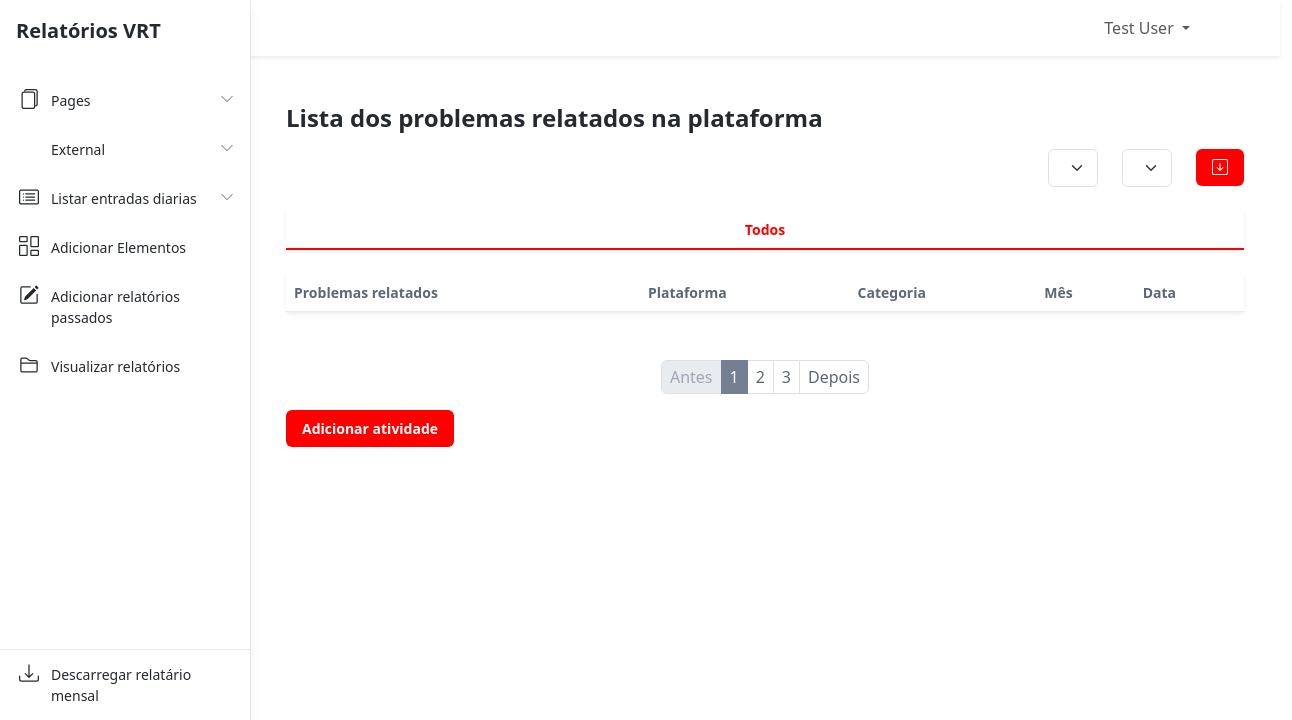
Repository: Yolanda-Marchone/Relatorios
Page: http://localhost/home
These files come from the project's save history. The page is drawn as it stood at one moment and after the next save; the edit follows.
The browser window is 1280 px wide. The page is 1292 px wide, so the pictures cover 1292 px, including what lies to the right of the window. The pictures show the whole page.
The page is served by the project's Laravel application, run on PHP 8.4 with Laravel 10. A made-up administrator, Test User (test@example.com), is signed in. Other server files are loaded and not shown. Style sheets and scripts are compiled from the project's sources, by tool versions that may differ from the author's. Queries for data that is not in the repository find no rows.

Above is the page before, as saved 2024-05-23 10:49:49.
Console error: TypeError: Cannot read properties of null (reading 'addEventListener')

### routes/web.php
<?php

use App\Models\Categorias;
use App\Models\Mes;
use App\Models\Rela_plataforma;
use App\Models\Relatorio_mensal;
use App\Models\User;
use Barryvdh\DomPDF\Facade\Pdf;
use GuzzleHttp\Psr7\Request;
use Illuminate\Support\Facades\Route;
use Dompdf\Dompdf;
use Dompdf\Options;

/*
|--------------------------------------------------------------------------
| Web Routes
|--------------------------------------------------------------------------
|
| Here is where you can register web routes for your application. These
| routes are loaded by the RouteServiceProvider and all of them will
| be assigned to the "web" middleware group. Make something great!
|
*/

Route::get('/', function () {
    return view('welcome');
});




Auth::routes();

Route::get('/home', [App\Http\Controllers\PlataformaController::class, 'exibir_dados_plataforma'])->name('layouts/plataforma')->middleware('auth');

Route::get('/lista_plataforma', [App\Http\Controllers\PlataformaController::class, 'exibir_dados_plataforma'])->name('layouts/plataforma')->middleware('auth');

Route::get('/lista_atividades', [App\Http\Controllers\AtividadesController::class, 'exibir_dados_atividade'])->name('layouts/atividade')->middleware('auth');

Route::get('/atividades', [App\Http\Controllers\AtividadesController::class, 'exibir_dados'])->name('layouts/cadastraratividade')->middleware('auth');

Route::get('/plataforma', [App\Http\Controllers\PlataformaController::class, 'exibir_dados'])->name('layouts/cadastrarplataforma')->middleware('auth');

Route::post('/submeter_plataformas', [App\Http\Controllers\PlataformaController::class, 'criar_relatorio_plataforma'])->name('layouts/plataforma');

Route::post('/submeter_atividades', [\App\Http\Controllers\AtividadesController::class, 'criar_relatorio_atividade'])->name('layouts/atividades');

Route::get('/gerarpdf', [\App\Http\Controllers\AtividadesController::class, 'download']);

Route::get('/selecionarmes', [\App\Http\Controllers\AtividadesController::class, 'selectmes'])->name('layouts/pdfatividades');

Route::get('/testeview', [App\Http\Controllers\AtividadesController::class, 'teste'])->name('layouts/relatorio_PDF')->middleware('auth');

Route::get('/pdf', [App\Http\Controllers\PlataformaController::class, 'pdf']);

Route::get('/adicionar', [App\Http\Controllers\PlataformaController::class, 'adicionar_elementos'])->name('layouts/adicionar_elementos')->middleware('auth');

Route::post('/submeter_categoria', [App\Http\Controllers\PlataformaController::class, 'criar_categoria'])->name('layouts/plataforma');

Route::post('/submeter_plataforma', [App\Http\Controllers\PlataformaController::class, 'criar_plataforma'])->name('layouts/plataforma');

Route::post('/submeter_estado', [\App\Http\Controllers\AtividadesController::class, 'criar_estado'])->name('layouts/atividades');

Route::post('/submeter_solicitante', [\App\Http\Controllers\AtividadesController::class, 'criar_solicitante'])->name('layouts/atividades');

Route::get('/editar_atividades/{id}', [\App\Http\Controllers\AtividadesController::class, 'editarAtividade'])->name('layouts/editaratividades');

Route::put('/salvar_atividades/{id}', [\App\Http\Controllers\AtividadesController::class, 'editar_atividade'])->name('layouts/atividades');

Route::delete('/apagar_atividades/{id}', [\App\Http\Controllers\AtividadesController::class, 'excluir_atividade'])->name('layouts/atividades');

Route::get('/editar_plataforma/{id}', [\App\Http\Controllers\PlataformaController::class, 'editarPlataforma'])->name('layouts/editarplataforma');

Route::put('/salvar_plataforma/{id}', [\App\Http\Controllers\PlataformaController::class, 'editar_plataforma'])->name('layouts/plataforma');

Route::delete('/apagar_plataforma/{id}', [\App\Http\Controllers\PlataformaController::class, 'excluir_plataforma'])->name('layouts/plataforma');


Route:: get ('/3', function(){
$pdf= Pdf::loadView('layouts\teste');
return $pdf->download('teste.pdf');

});




Route::get('/gerar-pdf', function () {
    // Cria uma instância do Dompdf com opções padrão
    $dompdf= new Dompdf ();


    // Renderiza a view em HTML
    $html = view('layouts\teste')->render();

    // Carrega o HTML no Dompdf
    $dompdf->loadHtml($html);

    // Define o tamanho do papel e a orientação
    $dompdf->setPaper('A4', 'portrait');

    // Renderiza o PDF
    $dompdf->render();

    // Saída do PDF
    return $dompdf->stream('relatorio.pdf');
});

### app/Models/User.php
<?php

namespace App\Models;

// use Illuminate\Contracts\Auth\MustVerifyEmail;
use Illuminate\Database\Eloquent\Factories\HasFactory;
use Illuminate\Foundation\Auth\User as Authenticatable;
use Illuminate\Notifications\Notifiable;
use Laravel\Sanctum\HasApiTokens;

class User extends Authenticatable
{
    use HasApiTokens, HasFactory, Notifiable;

    /**
     * The attributes that are mass assignable.
     *
     * @var array<int, string>
     */
    protected $fillable = [
        'name',
        'email',
        'password',
    ];

    /**
     * The attributes that should be hidden for serialization.
     *
     * @var array<int, string>
     */
    protected $hidden = [
        'password',
        'remember_token',
    ];

    /**
     * The attributes that should be cast.
     *
     * @var array<string, string>
     */
    protected $casts = [
        'email_verified_at' => 'datetime',
        'password' => 'hashed',
    ];



    public function relatorio_mensal()
    {
        return $this->hasMany(Relatorio_mensal::class);

    }


}

### app/Models/Relatorio_mensal.php
<?php

namespace App\Models;

use Illuminate\Database\Eloquent\Factories\HasFactory;
use Illuminate\Database\Eloquent\Model;

class Relatorio_mensal extends Model
{
    use HasFactory;
    protected $table = 'relatorio_mensal';
    protected $fillable = ['id', 'ano', 'id_mes', 'id_plataforma', 'id_usuario', 'id_categoria', 'descricao','disponibilidade'];


    public function meses()
{
    return $this->belongsTo(Mes::class, 'id_mes');
}

public function plataformas()
{
    return $this->belongsTo(Plataformas::class, 'id_plataforma');
}
public function categorias()
{
    return $this->belongsTo(Categorias::class, 'id_categoria');
}

public function usuarios()
{
    return $this->belongsTo(User::class, 'id_usuario');
}

}

### resources/views/layouts/app.blade.php
<!doctype html>
<html lang="{{ str_replace('_', '-', app()->getLocale()) }}">
<head>
    <meta charset="utf-8">
    <meta name="viewport" content="width=device-width, initial-scale=1">

    <!-- CSRF Token -->
    <meta name="csrf-token" content="{{ csrf_token() }}">

    <title>Relatórios</title>

    <!-- Fonts -->
    <link rel="dns-prefetch" href="//fonts.bunny.net">
    <script defer src="resources/js/all.min.js"></script>
    <link id="theme-style" rel="stylesheet" href="resources/css/ap.css">

    <!-- Scripts -->
@vite(['resources/css/ap.css', 'resources/js/app.js'])

</head>
<body>
    <div id="app">

        <nav class="navbar navbar-expand-md navbar-light bg-white shadow-sm">
            <div class="container">
                <a class="navbar-brand" href="{{ url('/') }}">

                </a>
                <button class="navbar-toggler" type="button" data-bs-toggle="collapse" data-bs-target="#navbarSupportedContent" aria-controls="navbarSupportedContent" aria-expanded="false" aria-label="{{ __('Toggle navigation') }}">
                    <span class="navbar-toggler-icon"></span>
                </button>

                <div class="collapse navbar-collapse" id="navbarSupportedContent">
                    <!-- Left Side Of Navbar -->
                    <ul class="navbar-nav me-auto">

                    </ul>

                    <!-- Right Side Of Navbar -->
                    <ul class="navbar-nav ms-auto">
                        <!-- Authentication Links -->
                        @guest
                            @if (Route::has('login'))
                                <li class="nav-item">
                                    <a class="nav-link" href="{{ route('login') }}">{{ __('Entrar') }}</a>
                                </li>
                            @endif

                            @if (Route::has('register'))
                                <li class="nav-item">
                                    <a class="nav-link" href="{{ route('register') }}">{{ __('Cadastrar') }}</a>
                                </li>
                            @endif
                        @else
                            <li class="nav-item dropdown">
                                <a id="navbarDropdown" class="nav-link dropdown-toggle" href="#" role="button" data-bs-toggle="dropdown" aria-haspopup="true" aria-expanded="false" v-pre>
                                    {{ Auth::user()->name }}
                                </a>

                                <div class="dropdown-menu dropdown-menu-end" aria-labelledby="navbarDropdown">
                                    <a class="dropdown-item" href="{{ route('logout') }}"
                                       onclick="event.preventDefault();
                                                     document.getElementById('logout-form').submit();">
                                        {{ __('Sair') }}
                                    </a>

                                    <form id="logout-form" action="{{ route('logout') }}" method="POST" class="d-none">
                                        @csrf
                                    </form>
                                </div>
                            </li>
                        @endguest
                    </ul>
                </div>
            </div>

        </nav>


        <div id="app-sidepanel" class="app-sidepanel">
	        <div id="sidepanel-drop" class="sidepanel-drop"></div>
	        <div class="sidepanel-inner d-flex flex-column">
		        <a href="#" id="sidepanel-close" class="sidepanel-close d-xl-none">&times;</a>
		        <div class="app-branding">
		            <a class="app-logo" href="{{ url('/') }}"><span class="logo-text">Relatórios VRT</span></a>

		        </div><!--//app-branding-->


			    <nav id="app-nav-main" class="app-nav app-nav-main flex-grow-1">
				    <ul class="app-menu list-unstyled accordion" id="menu-accordion">

                    <li class="nav-item has-submenu">
					        <!--//Bootstrap Icons: https://icons.getbootstrap.com/ -->
					        <a class="nav-link submenu-toggle" href="#" data-bs-toggle="collapse" data-bs-target="#submenu-1" aria-expanded="false" aria-controls="submenu-1">
						        <span class="nav-icon">
						        <!--//Bootstrap Icons: https://icons.getbootstrap.com/ -->
						        <svg width="1em" height="1em" viewBox="0 0 16 16" class="bi bi-files" fill="currentColor" xmlns="http://www.w3.org/2000/svg">
	  <path fill-rule="evenodd" d="M4 2h7a2 2 0 0 1 2 2v10a2 2 0 0 1-2 2H4a2 2 0 0 1-2-2V4a2 2 0 0 1 2-2zm0 1a1 1 0 0 0-1 1v10a1 1 0 0 0 1 1h7a1 1 0 0 0 1-1V4a1 1 0 0 0-1-1H4z"/>
	  <path d="M6 0h7a2 2 0 0 1 2 2v10a2 2 0 0 1-2 2v-1a1 1 0 0 0 1-1V2a1 1 0 0 0-1-1H6a1 1 0 0 0-1 1H4a2 2 0 0 1 2-2z"/>
	</svg>
						         </span>
		                         <span class="nav-link-text">Pages</span>
		                         <span class="submenu-arrow">
		                             <svg width="1em" height="1em" viewBox="0 0 16 16" class="bi bi-chevron-down" fill="currentColor" xmlns="http://www.w3.org/2000/svg">
	  <path fill-rule="evenodd" d="M1.646 4.646a.5.5 0 0 1 .708 0L8 10.293l5.646-5.647a.5.5 0 0 1 .708.708l-6 6a.5.5 0 0 1-.708 0l-6-6a.5.5 0 0 1 0-.708z"/>
	</svg>
	                             </span><!--//submenu-arrow-->
					        </a><!--//nav-link-->
					        <div id="submenu-1" class="collapse submenu submenu-1" data-bs-parent="#menu-accordion">
						        <ul class="submenu-list list-unstyled">
                                <li class="submenu-item"><a class="submenu-link" href="{{ url('/lista_atividades') }}">Atividades</a></li>
							    <li class="submenu-item"><a class="submenu-link" href="{{ url('/lista_plataforma') }}">Plataforma</a></li>
						        </ul>
					        </div>
					    </li>
					    <li class="nav-item has-submenu">

					        <a class="nav-link submenu-toggle" href="#" data-bs-toggle="collapse" data-bs-target="#submenu-2" aria-expanded="false" aria-controls="submenu-2">
						        <span class="nav-icon">

						         </span>
		                         <span class="nav-link-text">External</span>
		                         <span class="submenu-arrow">
		                             <svg width="1em" height="1em" viewBox="0 0 16 16" class="bi bi-chevron-down" fill="currentColor" xmlns="http://www.w3.org/2000/svg">
	  <path fill-rule="evenodd" d="M1.646 4.646a.5.5 0 0 1 .708 0L8 10.293l5.646-5.647a.5.5 0 0 1 .708.708l-6 6a.5.5 0 0 1-.708 0l-6-6a.5.5 0 0 1 0-.708z"/>
	</svg>
	                             </span>
					        </a>
					        <div id="submenu-2" class="collapse submenu submenu-2" data-bs-parent="#menu-accordion">
						        <ul class="submenu-list list-unstyled">
                                <li class="submenu-item"><a class="submenu-link" href="{{ url('/lista_atividades') }}">Atividades</a></li>
							    <li class="submenu-item"><a class="submenu-link" href="{{ url('/lista_plataforma') }}">Plataforma</a></li>
						        </ul>
					        </div>
					    </li><!--//nav-item-->
               <li class="nav-item has-submenu">
					        <!--//Bootstrap Icons: https://icons.getbootstrap.com/ -->
					        <a class="nav-link submenu-toggle" href="#" data-bs-toggle="collapse" data-bs-target="#submenu-2" aria-expanded="false" aria-controls="submenu-2">
						        <span class="nav-icon">
						        <!--//Bootstrap Icons: https://icons.getbootstrap.com/ -->
			        <svg width="1em" height="1em" viewBox="0 0 16 16" class="bi bi-card-list" fill="currentColor" xmlns="http://www.w3.org/2000/svg">
  <path fill-rule="evenodd" d="M14.5 3h-13a.5.5 0 0 0-.5.5v9a.5.5 0 0 0 .5.5h13a.5.5 0 0 0 .5-.5v-9a.5.5 0 0 0-.5-.5zm-13-1A1.5 1.5 0 0 0 0 3.5v9A1.5 1.5 0 0 0 1.5 14h13a1.5 1.5 0 0 0 1.5-1.5v-9A1.5 1.5 0 0 0 14.5 2h-13z"/>
  <path fill-rule="evenodd" d="M5 8a.5.5 0 0 1 .5-.5h7a.5.5 0 0 1 0 1h-7A.5.5 0 0 1 5 8zm0-2.5a.5.5 0 0 1 .5-.5h7a.5.5 0 0 1 0 1h-7a.5.5 0 0 1-.5-.5zm0 5a.5.5 0 0 1 .5-.5h7a.5.5 0 0 1 0 1h-7a.5.5 0 0 1-.5-.5z"/>
  <circle cx="3.5" cy="5.5" r=".5"/>
  <circle cx="3.5" cy="8" r=".5"/>
  <circle cx="3.5" cy="10.5" r=".5"/>
</svg>
						         </span>
		                         <span class="nav-link-text">Listar entradas diarias</span>
		                         <span class="submenu-arrow">
		                             <svg width="1em" height="1em" viewBox="0 0 16 16" class="bi bi-chevron-down" fill="currentColor" xmlns="http://www.w3.org/2000/svg">
	  <path fill-rule="evenodd" d="M1.646 4.646a.5.5 0 0 1 .708 0L8 10.293l5.646-5.647a.5.5 0 0 1 .708.708l-6 6a.5.5 0 0 1-.708 0l-6-6a.5.5 0 0 1 0-.708z"/>
	</svg>
	                             </span><!--//submenu-arrow-->
					        </a><!--//nav-link-->
					        <div id="submenu-1" class="collapse submenu submenu-1" data-bs-parent="#menu-accordion">
						        <ul class="submenu-list list-unstyled">
							        <li class="submenu-item"><a class="submenu-link" href="{{ url('/lista_atividades') }}">Atividades</a></li>
							        <li class="submenu-item"><a class="submenu-link" href="{{ url('/lista_plataforma') }}">Plataforma</a></li>
						        </ul>
					        </div>
					    </li><!--//nav-item-->

                        <li class="nav-item">
					        <!--//Bootstrap Icons: https://icons.getbootstrap.com/ -->
					        <a class="nav-link" href="{{ url('/adicionar') }}">
						        <span class="nav-icon">
                                <svg width="1em" height="1em" viewBox="0 0 16 16" class="bi bi-columns-gap" fill="currentColor" xmlns="http://www.w3.org/2000/svg">
	  <path fill-rule="evenodd" d="M6 1H1v3h5V1zM1 0a1 1 0 0 0-1 1v3a1 1 0 0 0 1 1h5a1 1 0 0 0 1-1V1a1 1 0 0 0-1-1H1zm14 12h-5v3h5v-3zm-5-1a1 1 0 0 0-1 1v3a1 1 0 0 0 1 1h5a1 1 0 0 0 1-1v-3a1 1 0 0 0-1-1h-5zM6 8H1v7h5V8zM1 7a1 1 0 0 0-1 1v7a1 1 0 0 0 1 1h5a1 1 0 0 0 1-1V8a1 1 0 0 0-1-1H1zm14-6h-5v7h5V1zm-5-1a1 1 0 0 0-1 1v7a1 1 0 0 0 1 1h5a1 1 0 0 0 1-1V1a1 1 0 0 0-1-1h-5z"/>
	</svg>

</svg>
						         </span>
		                         <span class="nav-link-text">Adicionar Elementos</span>

					        </a><!--//nav-link-->
					    </li><!--//nav-item-->

                        <li class="nav-item">
					        <!--//Bootstrap Icons: https://icons.getbootstrap.com/ -->
					        <a class="nav-link" href="{{ url('/adicionar') }}">
						        <span class="nav-icon">
                                <svg xmlns="http://www.w3.org/2000/svg" width="16" height="16" fill="currentColor" class="bi bi-pencil-square" viewBox="0 0 16 16">
  <path d="M15.502 1.94a.5.5 0 0 1 0 .706L14.459 3.69l-2-2L13.502.646a.5.5 0 0 1 .707 0l1.293 1.293zm-1.75 2.456-2-2L4.939 9.21a.5.5 0 0 0-.121.196l-.805 2.414a.25.25 0 0 0 .316.316l2.414-.805a.5.5 0 0 0 .196-.12l6.813-6.814z"/>
  <path fill-rule="evenodd" d="M1 13.5A1.5 1.5 0 0 0 2.5 15h11a1.5 1.5 0 0 0 1.5-1.5v-6a.5.5 0 0 0-1 0v6a.5.5 0 0 1-.5.5h-11a.5.5 0 0 1-.5-.5v-11a.5.5 0 0 1 .5-.5H9a.5.5 0 0 0 0-1H2.5A1.5 1.5 0 0 0 1 2.5z"/>
</svg>
</svg>
						         </span>
                                 <span class="nav-link-text">Adicionar relatórios passados</span>

					        </a><!--//nav-link-->
                            <div id="submenu-2" class="collapse submenu submenu-2" data-bs-parent="#menu-accordion">
						        <ul class="submenu-list list-unstyled">
							        <li class="submenu-item"><a class="submenu-link" href="{{ url('/lista_atividades') }}">Atividades</a></li>
							        <li class="submenu-item"><a class="submenu-link" href="{{ url('/lista_plataforma') }}">Plataforma</a></li>
						        </ul>
					        </div>
					    </li><!--//nav-item-->           <li class="nav-item">
					        <!--//Bootstrap Icons: https://icons.getbootstrap.com/ -->
					        <a class="nav-link" href="{{ url('/adicionar') }}">
						        <span class="nav-icon">
                                <svg xmlns="http://www.w3.org/2000/svg" width="16" height="16" fill="currentColor" class="bi bi-folder2" viewBox="0 0 16 16">
  <path d="M1 3.5A1.5 1.5 0 0 1 2.5 2h2.764c.958 0 1.76.56 2.311 1.184C7.985 3.648 8.48 4 9 4h4.5A1.5 1.5 0 0 1 15 5.5v7a1.5 1.5 0 0 1-1.5 1.5h-11A1.5 1.5 0 0 1 1 12.5zM2.5 3a.5.5 0 0 0-.5.5V6h12v-.5a.5.5 0 0 0-.5-.5H9c-.964 0-1.71-.629-2.174-1.154C6.374 3.334 5.82 3 5.264 3zM14 7H2v5.5a.5.5 0 0 0 .5.5h11a.5.5 0 0 0 .5-.5z"/>
</svg>

</svg>
						         </span>

                                 <span class="nav-link-text">Visualizar relatórios</span>
					        </a><!--//nav-link-->
					    </li><!--//nav-item-->



					        </a><!--//nav-link-->
					    </li><!--//nav-item-->
				    </ul><!--//app-menu-->
			    </nav><!--//app-nav-->



			    <div class="app-sidepanel-footer">
				    <nav class="app-nav app-nav-footer">
					    <ul class="app-menu footer-menu list-unstyled">
						   <li class="nav-item">
						        <!--//Bootstrap Icons: https://icons.getbootstrap.com/ -->
						        <a class="nav-link" href="/lista_plataforma">
							        <span class="nav-icon">
							            <svg width="1em" height="1em" viewBox="0 0 16 16" class="bi bi-download" fill="currentColor" xmlns="http://www.w3.org/2000/svg">
	  <path fill-rule="evenodd" d="M.5 9.9a.5.5 0 0 1 .5.5v2.5a1 1 0 0 0 1 1h12a1 1 0 0 0 1-1v-2.5a.5.5 0 0 1 1 0v2.5a2 2 0 0 1-2 2H2a2 2 0 0 1-2-2v-2.5a.5.5 0 0 1 .5-.5z"/>
	  <path fill-rule="evenodd" d="M7.646 11.854a.5.5 0 0 0 .708 0l3-3a.5.5 0 0 0-.708-.708L8.5 10.293V1.5a.5.5 0 0 0-1 0v8.793L5.354 8.146a.5.5 0 1 0-.708.708l3 3z"/>
	</svg>
							        </span>
			                        <span class="nav-link-text">Descarregar relatário mensal</span>
						        </a><!--//nav-link-->
						    </li><!--//nav-item-->


					    </ul><!--//footer-menu-->
				    </nav>
			    </div><!--//app-sidepanel-footer-->

	        </div><!--//sidepanel-inner-->
	    </div><!--//app-sidepanel-->

        <main class="py-4">
            @yield('content')
        </main>
    </div>
</body>
</html>

Loaded but not shown: app/Http/Controllers/Auth/ConfirmPasswordController.php (common file); app/Http/Controllers/Controller.php (common file); resources/css/ap.css (library); app/Http/Controllers/PlataformaController.php (427 lines, source omitted); resources/views/layouts/plataforma.blade.php (222 lines, source omitted)

After the next save:
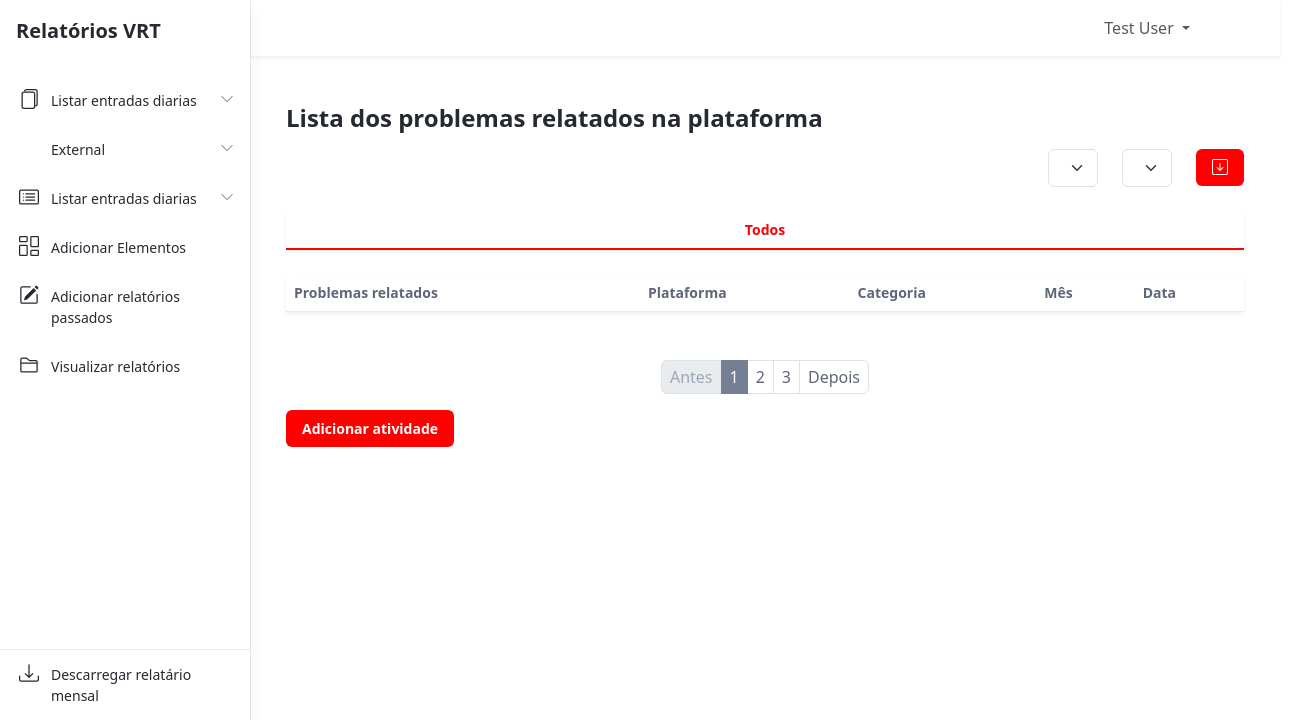
Saved 48 s later.
--- a/resources/views/layouts/app.blade.php
+++ b/resources/views/layouts/app.blade.php
@@ -100,12 +100,11 @@
 	  <path d="M6 0h7a2 2 0 0 1 2 2v10a2 2 0 0 1-2 2v-1a1 1 0 0 0 1-1V2a1 1 0 0 0-1-1H6a1 1 0 0 0-1 1H4a2 2 0 0 1 2-2z"/>
 	</svg>
 						         </span>
-		                         <span class="nav-link-text">Pages</span>
+                                 <span class="nav-link-text">Listar entradas diarias</span>
 		                         <span class="submenu-arrow">
 		                             <svg width="1em" height="1em" viewBox="0 0 16 16" class="bi bi-chevron-down" fill="currentColor" xmlns="http://www.w3.org/2000/svg">
 	  <path fill-rule="evenodd" d="M1.646 4.646a.5.5 0 0 1 .708 0L8 10.293l5.646-5.647a.5.5 0 0 1 .708.708l-6 6a.5.5 0 0 1-.708 0l-6-6a.5.5 0 0 1 0-.708z"/>
 	</svg>
-	                             </span><!--//submenu-arrow-->
 					        </a><!--//nav-link-->
 					        <div id="submenu-1" class="collapse submenu submenu-1" data-bs-parent="#menu-accordion">
 						        <ul class="submenu-list list-unstyled">
